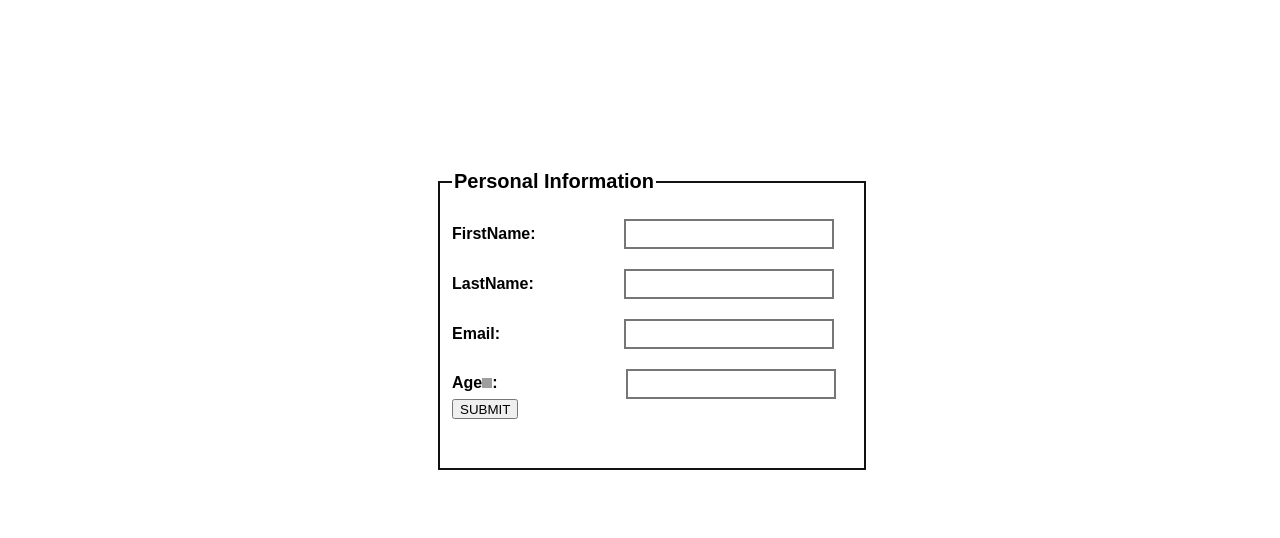
Repository: Femi007-gh/Legend
Page: index.html
An editor plug-in stored every save of this project. The page is shown before and after the next save, followed by the edit.
The browser window is 1280 px wide. The pictures show the whole page.
Pictures or frames that could not be fetched are drawn as grey boxes.

Above is the page before, as saved 2025-04-04 17:50:37.

### index.html
<html>
  <head>
    <title>LEGEND</title>
    <link rel="stylesheet" href="style.css">
  </head>
  <body>
    <form>
      <fieldset class="field">
        <legend class="ld">Personal Information</legend>
        <label class="first">FirstName:</label>
        <input type="text" class="FN"><br>

        <label class="last">LastName:</label>
        <input type="text" class="LN"> <br>

        <label class="mail">Email:</label>
        <input type="text" class="email"> <br>

        <label class="yourage">Age<img src="doc.jpg" class="doc">:</label>
        <input type="text" class="age"> <br>

        <button class="sub">SUBMIT</button>
      </fieldset>
    </form>
  </body>
</html>

### style.css
body {
  font-family:Arial, Helvetica, sans-serif;
  font-weight: bold;
}

.ld {
  font-size: 20px;
}

.doc {
  height: 10px;
  width: 10px;
}

.field {
  border: 2px solid #111;
  width: 400px;
  height: 280px;
  margin-left: 430px;
  margin-top: 170px;
}

.FN {
  margin-top: 20px;
  margin-left: 84px;
  border-style: solid;
  height: 30px;
  width: 210px;
}

.LN {
  margin-top: 20px;
  margin-left: 86px;
  border-style: solid;
  height: 30px;
  width: 210px;
}

.email {
  margin-top: 20px;
  margin-left:120px;
  height: 30px;
  border-style: solid;
  width: 210px;
}

.age {
  margin-top: 20px;
  margin-left: 124px;
  border-style: solid;
  height: 30px;
  width: 210px;
}

.sub {
  height: 20px;
}

After the next save:
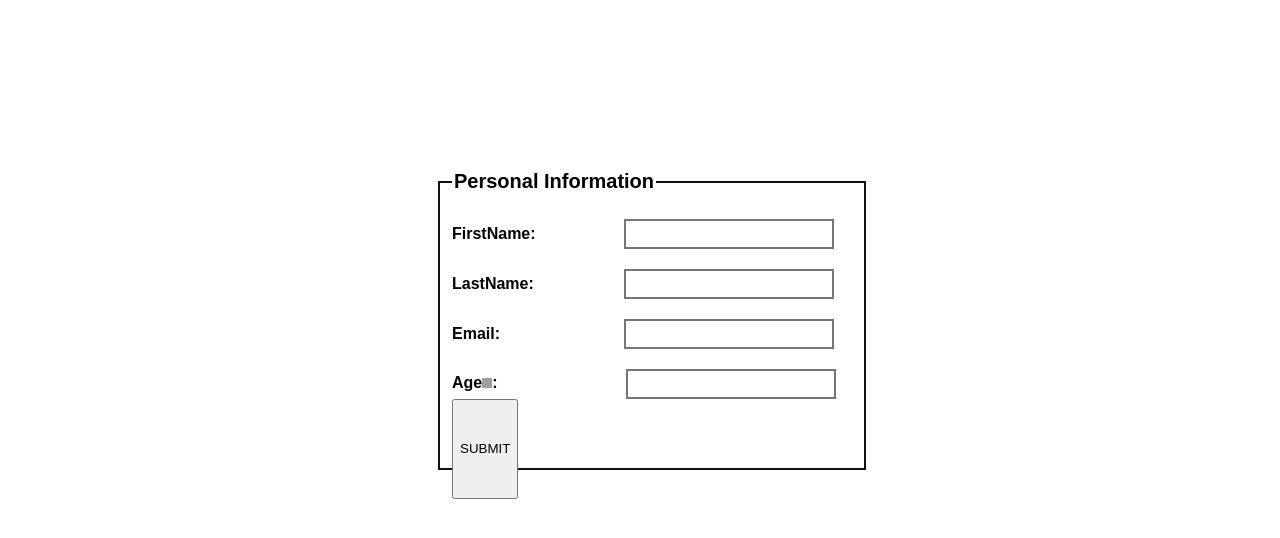
Saved 7 s later.
--- a/style.css
+++ b/style.css
@@ -53,5 +53,5 @@ body {
 }
 
 .sub {
-  height: 20px;
+  height: 100px;
 }
